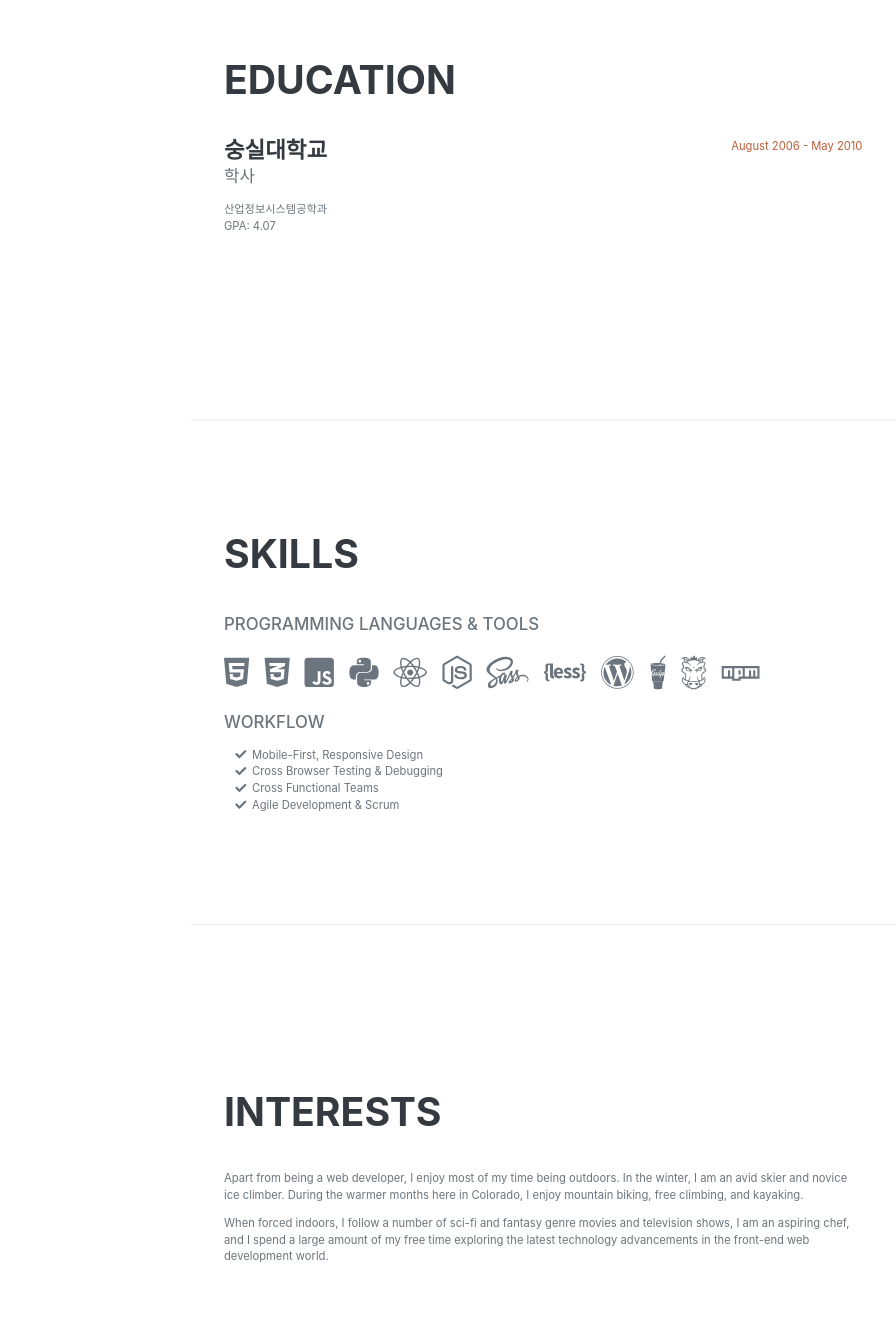
Repository: minsuk1/portfolio
Page: index.html
The author's editor kept a copy of each file at every save. The page is drawn from the files as they stood at one save, then again after the next save.
The browser window is 1280 px wide. The pictures show the part of the page from y = 1831 to 3751 px (the page is 4594 px tall), at 70% of full size.
Some web fonts or font styles are not loaded; a fallback is used.

Above is the page before, as saved 2021-01-01 10:50:20.

### index.html
<!DOCTYPE html>
<html lang="en">
    <head>
        <meta charset="utf-8" />
        <meta name="viewport" content="width=device-width, initial-scale=1, shrink-to-fit=no" />
        <meta name="description" content="" />
        <meta name="author" content="" />
        <title>Resume - Start Bootstrap Theme</title>
        <link rel="icon" type="image/x-icon" href="assets/img/favicon.ico" />
        <!-- Font Awesome icons (free version)-->
        <script src="https://use.fontawesome.com/releases/v5.15.1/js/all.js" crossorigin="anonymous"></script>
        <!-- Google fonts-->
        <link href="https://fonts.googleapis.com/css?family=Saira+Extra+Condensed:500,700" rel="stylesheet" type="text/css" />
        <link href="https://fonts.googleapis.com/css?family=Muli:400,400i,800,800i" rel="stylesheet" type="text/css" />
        <!-- Core theme CSS (includes Bootstrap)-->
        <link href="css/styles.css" rel="stylesheet" />
    </head>
    <body id="page-top">
        <!-- Navigation-->
        <nav class="navbar navbar-expand-lg navbar-dark bg-primary fixed-top" id="sideNav">
            <a class="navbar-brand js-scroll-trigger" href="#page-top">
                <span class="d-block d-lg-none">Clarence Taylor</span>
                <span class="d-none d-lg-block"><img class="img-fluid img-profile rounded-circle mx-auto mb-2" src="assets/img/profile.jpg" alt="" /></span>
            </a>
            <button class="navbar-toggler" type="button" data-toggle="collapse" data-target="#navbarSupportedContent" aria-controls="navbarSupportedContent" aria-expanded="false" aria-label="Toggle navigation"><span class="navbar-toggler-icon"></span></button>
            <div class="collapse navbar-collapse" id="navbarSupportedContent">
                <ul class="navbar-nav">
                    <li class="nav-item"><a class="nav-link js-scroll-trigger" href="#about">About</a></li>
                    <li class="nav-item"><a class="nav-link js-scroll-trigger" href="#experience">Experience</a></li>
                    <li class="nav-item"><a class="nav-link js-scroll-trigger" href="#education">Education</a></li>
                    <li class="nav-item"><a class="nav-link js-scroll-trigger" href="#skills">Skills</a></li>
                    <li class="nav-item"><a class="nav-link js-scroll-trigger" href="#interests">Interests</a></li>
                    <li class="nav-item"><a class="nav-link js-scroll-trigger" href="#awards">Awards</a></li>
                </ul>
            </div>
        </nav>
        <!-- Page Content-->
        <div class="container-fluid p-0">
            <!-- About-->
            <section class="resume-section" id="about">
                <div class="resume-section-content">
                    <h1 class="mb-0">
                        Portfolio
                        <span class="text-primary">오민석</span>
                    </h1>
                    <div class="subheading mb-5">
                                  010-6265-6918
                        <a href="mailto:name@email.com">palt1230@email.com</a>
                    </div>
                    <p class="lead mb-5"></p>
                    <div class="social-icons">
                        <a class="social-icon" href="https://github.com/minsuk1"><i class="fab fa-github"></i></a>
                        <a class="social-icon" href="https://velog.io/@minsuk"><i class="fas fa-envelope-open-text"></i></i></a>
                        <a class="social-icon" href="#"><i class="fab fa-facebook-f"></i></a>
                    </div>
                </div>
            </section>
            <hr class="m-0" />
            <!-- Experience-->
            <section class="resume-section" id="experience">
                <div class="resume-section-content">
                    <h2 class="mb-5">Experience</h2>
                    <div class="d-flex flex-column flex-md-row justify-content-between mb-5">
                        <div class="flex-grow-1">
                            <h3 class="mb-0">삼정KPMG 인턴</h3>
                            <div class="subheading mb-3">Data Engineer</div>
                            <ul>
                                <li>데이터 ETL : MSSQL에서 데이터 전처리</li>
                                <li>QA : 사내 AI 감사 솔루션 플랫폼(Clara) QA</li>
                            </ul>

                        </div>
                        <div class="flex-shrink-0"><span class="text-primary">2020년 12월 ~ 현재</span></div>
                    </div>
                    <div class="d-flex flex-column flex-md-row justify-content-between mb-5">
                        <div class="flex-grow-1">
                            <h3 class="mb-0">핀테크 교육</h3>
                            <div class="subheading mb-3">대외 교육</div>
                            <p>4차 산업혁명 시대에 맞는 코스콤 수행, 금융위원회 주관 핀테크 교육</p>
                        </div>
                        <div class="flex-shrink-0"><span class="text-primary">2020년 7월 ~ 2020년 8월</span></div>
                    </div>
                    <div class="d-flex flex-column flex-md-row justify-content-between mb-5">
                        <div class="flex-grow-1">
                            <h3 class="mb-0">텍스트 마이닝 연구실</h3>
                            <div class="subheading mb-3">학부연구생</div>
                            <ul>
                                <li>Amazon, E-bay 등에서 아이폰 및 갤럭시 전 기종 크롤링 및 전처리</li>
                                <li>휴대폰 관련 감성사전 구축 및 수정</li>
                            </ul>
                        </div>
                        <div class="flex-shrink-0"><span class="text-primary">2019년 9월 ~ 2020년 7월</span></div>
                    </div>
                    <div class="d-flex flex-column flex-md-row justify-content-between">
                        <div class="flex-grow-1">
                            <h3 class="mb-0">비타민(빅데이터 동아리)</h3>
                            <div class="subheading mb-3">Shout! Media Productions</div>
                            <p>R과 파이썬을 통한 데이터 분석 및 머신러닝 교육 및 프로젝트 진행</p>
                        </div>
                        <div class="flex-shrink-0"><span class="text-primary">2019년 9월 ~ 2020년 7월</span></div>
                    </div>
                </div>
            </section>
            <hr class="m-0" />
            <!-- Education-->
            <section class="resume-section" id="education">
                <div class="resume-section-content">
                    <h2 class="mb-5">Education</h2>
                    <div class="d-flex flex-column flex-md-row justify-content-between mb-5">
                        <div class="flex-grow-1">
                            <h3 class="mb-0">숭실대학교</h3>
                            <div class="subheading mb-3">학사</div>
                            <div>산업정보시스템공학과</div>
                            <p>GPA: 4.07</p>
                        </div>
                        <div class="flex-shrink-0"><span class="text-primary">August 2006 - May 2010</span></div>
                    </div>
                </div>
            </section>
            <hr class="m-0" />
            <!-- Skills-->
            <section class="resume-section" id="skills">
                <div class="resume-section-content">
                    <h2 class="mb-5">Skills</h2>
                    <div class="subheading mb-3">Programming Languages & Tools</div>
                    <ul class="list-inline dev-icons">
                        <li class="list-inline-item"><i class="fab fa-html5"></i></li>
                        <li class="list-inline-item"><i class="fab fa-css3-alt"></i></li>
                        <li class="list-inline-item"><i class="fab fa-js-square"></i></li>
                        <li class="list-inline-item"><i class="fab fa-python"></i></li>
                        <li class="list-inline-item"><i class="fab fa-react"></i></li>
                        <li class="list-inline-item"><i class="fab fa-node-js"></i></li>
                        <li class="list-inline-item"><i class="fab fa-sass"></i></li>
                        <li class="list-inline-item"><i class="fab fa-less"></i></li>
                        <li class="list-inline-item"><i class="fab fa-wordpress"></i></li>
                        <li class="list-inline-item"><i class="fab fa-gulp"></i></li>
                        <li class="list-inline-item"><i class="fab fa-grunt"></i></li>
                        <li class="list-inline-item"><i class="fab fa-npm"></i></li>
                    </ul>
                    <div class="subheading mb-3">Workflow</div>
                    <ul class="fa-ul mb-0">
                        <li>
                            <span class="fa-li"><i class="fas fa-check"></i></span>
                            Mobile-First, Responsive Design
                        </li>
                        <li>
                            <span class="fa-li"><i class="fas fa-check"></i></span>
                            Cross Browser Testing & Debugging
                        </li>
                        <li>
                            <span class="fa-li"><i class="fas fa-check"></i></span>
                            Cross Functional Teams
                        </li>
                        <li>
                            <span class="fa-li"><i class="fas fa-check"></i></span>
                            Agile Development & Scrum
                        </li>
                    </ul>
                </div>
            </section>
            <hr class="m-0" />
            <!-- Interests-->
            <section class="resume-section" id="interests">
                <div class="resume-section-content">
                    <h2 class="mb-5">Interests</h2>
                    <p>Apart from being a web developer, I enjoy most of my time being outdoors. In the winter, I am an avid skier and novice ice climber. During the warmer months here in Colorado, I enjoy mountain biking, free climbing, and kayaking.</p>
                    <p class="mb-0">When forced indoors, I follow a number of sci-fi and fantasy genre movies and television shows, I am an aspiring chef, and I spend a large amount of my free time exploring the latest technology advancements in the front-end web development world.</p>
                </div>
            </section>
            <hr class="m-0" />
            <!-- Awards-->
            <section class="resume-section" id="awards">
                <div class="resume-section-content">
                    <h2 class="mb-5">Awards & Certifications</h2>
                    <ul class="fa-ul mb-0">
                        <li>
                            <span class="fa-li"><i class="fas fa-trophy text-warning"></i></span>
                            Google Analytics Certified Developer
                        </li>
                        <li>
                            <span class="fa-li"><i class="fas fa-trophy text-warning"></i></span>
                            Mobile Web Specialist - Google Certification
                        </li>
                        <li>
                            <span class="fa-li"><i class="fas fa-trophy text-warning"></i></span>
                            1
                            <sup>st</sup>
                            Place - University of Colorado Boulder - Emerging Tech Competition 2009
                        </li>
                        <li>
                            <span class="fa-li"><i class="fas fa-trophy text-warning"></i></span>
                            1
                            <sup>st</sup>
                            Place - University of Colorado Boulder - Adobe Creative Jam 2008 (UI Design Category)
                        </li>
                        <li>
                            <span class="fa-li"><i class="fas fa-trophy text-warning"></i></span>
                            2
                            <sup>nd</sup>
                            Place - University of Colorado Boulder - Emerging Tech Competition 2008
                        </li>
                        <li>
                            <span class="fa-li"><i class="fas fa-trophy text-warning"></i></span>
                            1
                            <sup>st</sup>
                            Place - James Buchanan High School - Hackathon 2006
                        </li>
                        <li>
                            <span class="fa-li"><i class="fas fa-trophy text-warning"></i></span>
                            3
                            <sup>rd</sup>
                            Place - James Buchanan High School - Hackathon 2005
                        </li>
                    </ul>
                </div>
            </section>
        </div>
        <!-- Bootstrap core JS-->
        <script src="https://cdnjs.cloudflare.com/ajax/libs/jquery/3.5.1/jquery.min.js"></script>
        <script src="https://cdn.jsdelivr.net/npm/bootstrap@4.5.3/dist/js/bootstrap.bundle.min.js"></script>
        <!-- Third party plugin JS-->
        <script src="https://cdnjs.cloudflare.com/ajax/libs/jquery-easing/1.4.1/jquery.easing.min.js"></script>
        <!-- Core theme JS-->
        <script src="js/scripts.js"></script>
    </body>
</html>

### js/scripts.js
/*!
    * Start Bootstrap - Resume v6.0.2 (https://startbootstrap.com/theme/resume)
    * Copyright 2013-2020 Start Bootstrap
    * Licensed under MIT (https://github.com/StartBootstrap/startbootstrap-resume/blob/master/LICENSE)
    */
    (function ($) {
    "use strict"; // Start of use strict

    // Smooth scrolling using jQuery easing
    $('a.js-scroll-trigger[href*="#"]:not([href="#"])').click(function () {
        if (
            location.pathname.replace(/^\//, "") ==
                this.pathname.replace(/^\//, "") &&
            location.hostname == this.hostname
        ) {
            var target = $(this.hash);
            target = target.length
                ? target
                : $("[name=" + this.hash.slice(1) + "]");
            if (target.length) {
                $("html, body").animate(
                    {
                        scrollTop: target.offset().top,
                    },
                    1000,
                    "easeInOutExpo"
                );
                return false;
            }
        }
    });

    // Closes responsive menu when a scroll trigger link is clicked
    $(".js-scroll-trigger").click(function () {
        $(".navbar-collapse").collapse("hide");
    });

    // Activate scrollspy to add active class to navbar items on scroll
    $("body").scrollspy({
        target: "#sideNav",
    });
})(jQuery); // End of use strict

Loaded but not shown: css/styles.css (library)

After the next save:
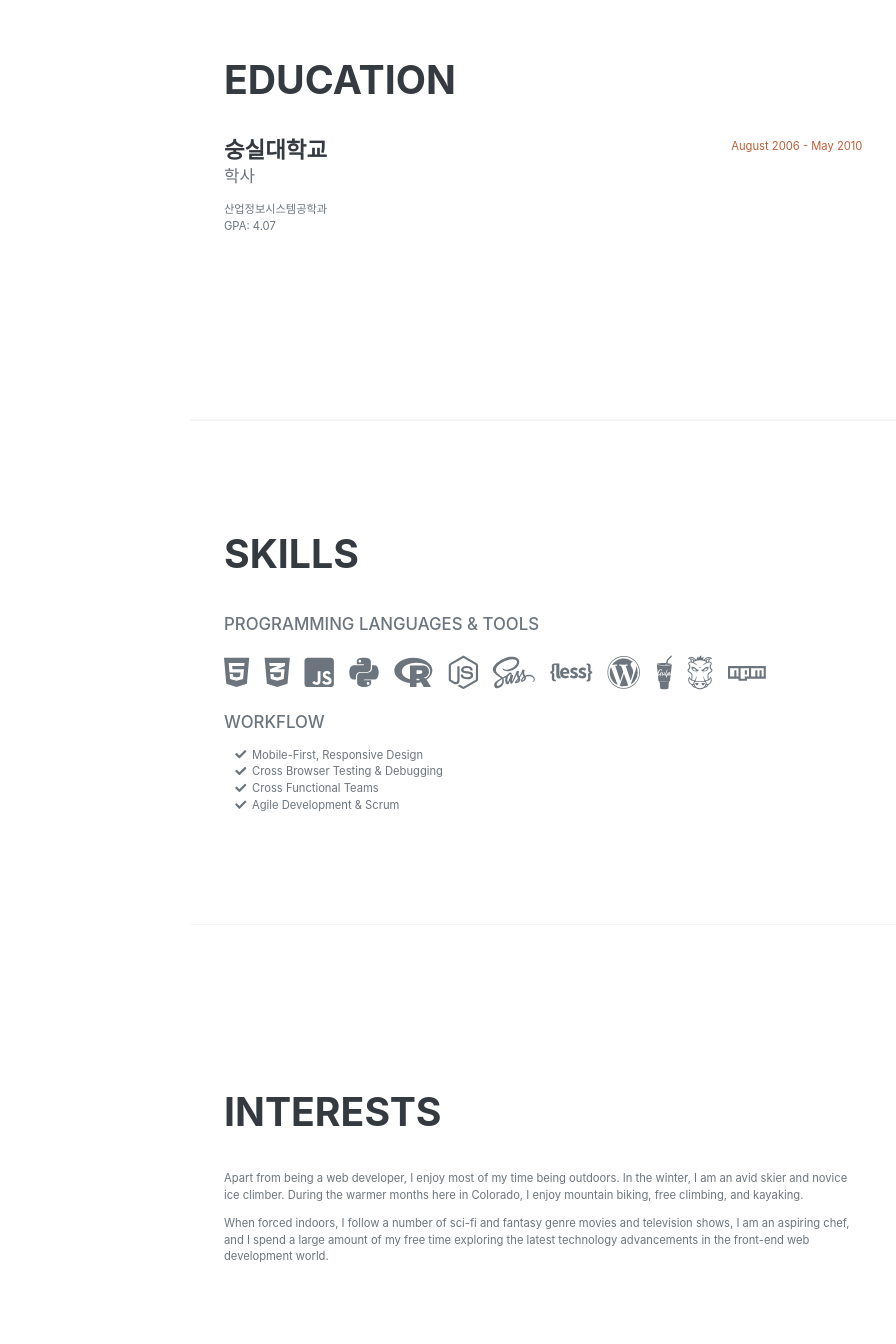
Saved 40 s later.
--- a/index.html
+++ b/index.html
@@ -128,7 +128,7 @@
                         <li class="list-inline-item"><i class="fab fa-css3-alt"></i></li>
                         <li class="list-inline-item"><i class="fab fa-js-square"></i></li>
                         <li class="list-inline-item"><i class="fab fa-python"></i></li>
-                        <li class="list-inline-item"><i class="fab fa-react"></i></li>
+                        <li class="list-inline-item"><i class="fab fa-r-project"></i></li>
                         <li class="list-inline-item"><i class="fab fa-node-js"></i></li>
                         <li class="list-inline-item"><i class="fab fa-sass"></i></li>
                         <li class="list-inline-item"><i class="fab fa-less"></i></li>
